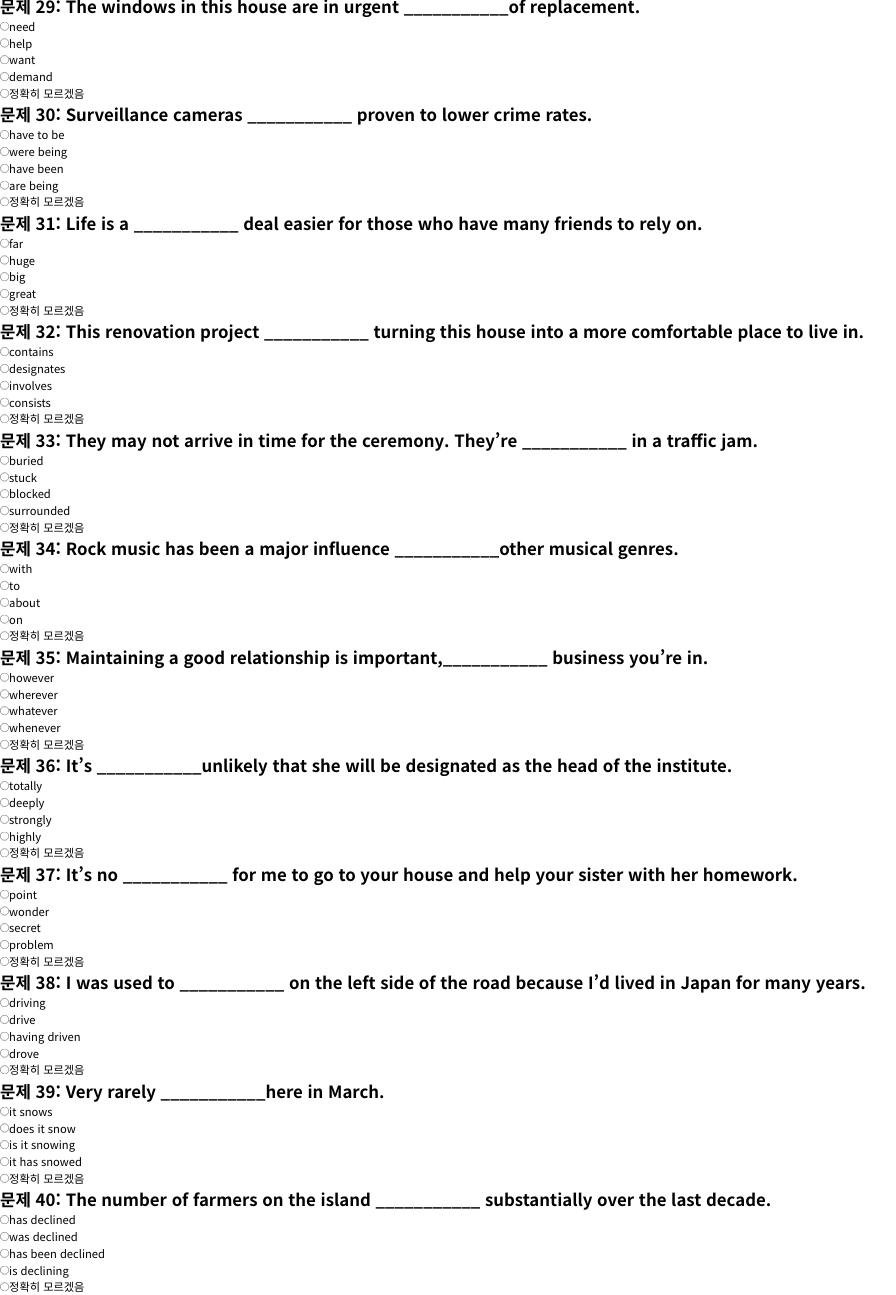
Repository: kmdy7991/Project-TeddyBear
Page: /cefrtest (app in project/)
The author's editor kept a copy of each file at every save. The page is drawn from the files as they stood at one save, then again after the next save.
The browser window is 1280 px wide. The pictures show the part of the page from y = 4097 to 6017 px (the page is 5947 px tall before and 6017 px after), at 70% of full size.
Some web libraries are served in a nearby version. The project was rebuilt for these pictures with package versions that can differ from the ones it lists, and the page was loaded fresh each time. Also part of the build but not shown: project/src/pages/Login/Login.tsx, project/src/pages/Login/TestGuide.module.css, project/src/pages/Login/TestGuide.tsx, project/src/pages/Login/profil.module.css, project/src/pages/Login/Profil.tsx, project/src/components/Nav/Nav.module.css, project/src/components/Nav/Nav.tsx, project/src/components/Slider/Arrow.css and 36 more.

Above is the page before, as saved 2024-03-25 04:54:11.

### project/public/index.html
<!DOCTYPE html>
<html lang="ko">
  <head>
    <meta charset="utf-8" />
    <link rel="icon" href="%PUBLIC_URL%/favicon.ico" />
    <meta name="viewport" content="width=device-width, initial-scale=1" />
    <style>
      * {
        margin: 0;
        padding: 0;
        font-family: Poppins, "Noto Sans KR", sans-serif;
      }
    </style>
    <link rel="preconnect" href="https://fonts.googleapis.com" />
    <link rel="preconnect" href="https://fonts.gstatic.com" crossorigin />
    <link
      href="https://fonts.googleapis.com/css2?family=Noto+Sans+KR:wght@400;700&display=swap"
      rel="stylesheet"
    />
    <link
      rel="stylesheet"
      type="text/css"
      charset="UTF-8"
      href="https://cdnjs.cloudflare.com/ajax/libs/slick-carousel/1.6.0/slick.min.css"
    />
    <link
      rel="stylesheet"
      type="text/css"
      href="https://cdnjs.cloudflare.com/ajax/libs/slick-carousel/1.6.0/slick-theme.min.css"
    />
    <title>React App</title>
  </head>
  <body>
    <div id="root"></div>
  </body>
</html>

### project/src/index.tsx
import React from "react";
import ReactDOM from "react-dom/client";
import "./index.css";
import App from "./App";

const root = ReactDOM.createRoot(
  document.getElementById("root") as HTMLElement
);
root.render(
  // <React.StrictMode>
  <App />
  // </React.StrictMode>
);

### project/src/App.tsx
import styles from "./App.module.css";
import { QueryClient, QueryClientProvider } from "react-query";
import { ReactQueryDevtools } from "react-query/devtools";
import { BrowserRouter, Routes, Route } from "react-router-dom";
import Login from "./pages/Login/Login";
import Testguide from "./pages/Login/TestGuide";
import Profil from "./pages/Login/Profil";
import CefrTest from "./pages/Login/CefrTest";
import Main from "./pages/Main/Main";
import MyLecture from "./pages/MyPage/MyLecture/MyLecture";
import Statistics from "./pages/MyPage/Statstics/Statstics";
import MyNote from "./pages/MyPage/MyNote/MyNote";
import Search from "./pages/Search/Search";
import Test from "./pages/Test/Test";
import VocabularyList from "./pages/VocabularyList/VocabularyList";
import MyVocabulary from "./pages/VocabularyList/MyVocabulary";
import ClassVocabulary from "./pages/VocabularyList/ClassVocabulary";
import VideoDetail from "./pages/Video/VideoDetail";
import Nav from "./components/Nav/Nav";
import LandingPage from "./pages/Landing/LandingPage";
function App() {
  const queryClient = new QueryClient();
  return (
    <QueryClientProvider client={queryClient}>
      <BrowserRouter>
        <div className={styles.App}>
          {/* <Nav className={styles.Nav} /> */}
          <Routes>
            <Route path="/login" element={<Login />} />
            <Route path='/testguide' element={<Testguide/>} />
            <Route path="/profil" element={<Profil/>}/>
            <Route path="/cefrtest" element={<CefrTest/>}/>
            <Route path="/" element={<Main />} />
            <Route path="mypage" element={<Statistics />}>
              <Route path="myLecture" element={<MyLecture />} />
              <Route path="myNote" element={<MyNote />} />
            </Route>
            <Route path="search" element={<Search />} />
            <Route path="test" element={<Test />} />
            <Route path="vocalist" element={<VocabularyList />}>
              <Route path="myvoca" element={<MyVocabulary />} />
              <Route path="classvoca" element={<ClassVocabulary />} />
            </Route>
            <Route path="videoDetail" element={<VideoDetail />} />
            <Route path="landing" element={<LandingPage />} />
          </Routes>
        </div>
      </BrowserRouter>
    </QueryClientProvider>
  );
}

export default App;

### project/src/App.module.css
.App {
  /* display: flex; */
  height: 100vh;
}

.Nav {
  /* position: fixed; */
  top: 1rem;
  height: 10%;
}

### project/src/pages/Login/CefrTest.tsx
import React, { useState, useEffect } from 'react';

// 문제와 답변 타입 정의
type Question = {
  id: number;
  question: string;
  options: string[];
  answer: number; // 정답의 인덱스
  score: number; // 이 문제의 점수
};

// 퀴즈 데이터 예시
const questions: Question[] = [

  {
    id: 1,
    question: "What ___________ your name?",
    options: ["is", "am", "are", "정확히 모르겠음"],
    answer: 0,
    score: 1,
  },
  {
    id: 2,
    question: "He has ___________ house in Paris.",
    options: ["any", "a", "an", "정확히 모르겠음"],
    answer: 1,
    score: 1,
  },
  {
    id: 3,
    question: "I work in a ___________. I’m a nurse.",
    options: ["hospital", "hotel", "supermarket", "정확히 모르겠음"],
    answer: 0,
    score: 1,
  },
  {
    id: 4,
    question: "This is my brother. ___________ name is Paul .",
    options: ["His", "Her", "He's", "정확히 모르겠음"],
    answer: 0,
    score: 1,
  },
  {
    id: 5,
    question: "___________ many people in the park.",
    options: ["They are", "There is", "There are", "정확히 모르겠음"],
    answer: 2,
    score: 1,
  },
  {
    id: 6,
    question: "I go to school  ___________ 7 o’clock in the morning.",
    options: ["for", "at", "in", "정확히 모르겠음"],
    answer: 1,
    score: 1,
  },
  {
    id: 7,
    question: "___________ Jack speak German?",
    options: ["Do", "Does", "He", "정확히 모르겠음"],
    answer: 1,
    score: 1,
  },
  {
    id: 8,
    question: "Are___________ your glasses?",
    options: ["this", "those", "that", "정확히 모르겠음"],
    answer: 1,
    score: 1,
  },
  {
    id: 9,
    question: "A: Where are your books?  B: They're ___________ the table.",
    options: ["at", "on", "in", "정확히 모르겠음"],
    answer: 1,
    score: 1,
  },
  {
    id: 10,
    question: "Do you want to ___________ TV at home?",
    options: ["see", "look", "watch", "정확히 모르겠음"],
    answer: 2,
    score: 1,
  },
  {
    id: 11,
    question: "I'd like to buy ___________ oranges for my mother.",
    options: ["some", "any", "a", "정확히 모르겠음"],
    answer: 0,
    score: 1,
  },
  {
    id: 12,
    question: "___________ ever seen a rainbow in your life?",
    options: ["Did you", "Are you", "Have you", "정확히 모르겠음"],
    answer: 2,
    score: 1,
  },
  {
    id: 13,
    question: "If you ___________ a book from a friend, you should return it as soon as possible.",
    options: ["borrow", "earn", "spend", "lend", "정확히 모르겠음"],
    answer: 0,
    score: 1,
  },
  {
    id: 14,
    question: "Taking care of a pet is as difficult ___________ taking care of a baby.",
    options: ["like", "so", "than", "as", "정확히 모르겠음"],
    answer: 3,
    score: 1,
  },
  {
    id: 15,
    question: "Helen isn't home. She ___________ an hour ago to see her friends.",
    options: ["went out", "had gone out", "has gone out", "has been out", "정확히 모르겠음"],
    answer: 0,
    score: 1,
  },
  {
    id: 16,
    question: "When I was a child, I ___________ play basketball with my dad in our backyard.",
    options: ["will", "used to", "have", "does", "정확히 모르겠음"],
    answer: 1,
    score: 1,
  },
  {
    id: 17,
    question: "Have you finished ___________ the laundry yet?",
    options: ["to do", "does", "doing", "being", "정확히 모르겠음"],
    answer: 2,
    score: 1,
  },
  {
    id: 18,
    question: "This is terrible. I've looked ___________, but I can't find my purse.",
    options: ["nowhere", "anywhere", "everywhere", "somewhere", "정확히 모르겠음"],
    answer: 2,
    score: 1,
  },
  {
    id: 19,
    question: "I ___________ in front of a bank when a man in a fancy suit got out of a black car.",
    options: ["stood", "was standing", "have stood", "am standing", "정확히 모르겠음"],
    answer: 1,
    score: 1,
  },
  {
    id: 20,
    question: "I've ___________ finished painting the door. It looks awesome!",
    options: ["still", "yet", "just", "only", "정확히 모르겠음"],
    answer: 2,
    score: 1,
  },
  {
    id: 21,
    question: "My supervisor encouraged me ___________ a plan for the new program.",
    options: ["set up", "setting up", "have set up", "to set up", "정확히 모르겠음"],
    answer: 3,
    score: 1,
  },
  {
    id: 22,
    question: "John ___________ living in this neighborhood since he was a school boy.",
    options: ["is", "was", "has been", "is being", "정확히 모르겠음"],
    answer: 2,
    score: 1,
  },
  {
    id: 23,
    question: "I was wondering ___________ I could borrow your pen.",
    options: ["what", "if", "that", "how", "정확히 모르겠음"],
    answer: 1,
    score: 1,
  },
  {
    id: 24,
    question: "I wish I had someone to look ___________.",
    options: ["up to", "with", "upon", "down", "정확히 모르겠음"],
    answer: 0,
    score: 1,
  },
  {
    id: 25,
    question: "That beautiful sunset ___________ me of my honeymoon in Hawaii.",
    options: ["remembers", "realizes", "recognizes", "reminds", "정확히 모르겠음"],
    answer: 3,
    score: 1,
  },
  {
    id: 26,
    question: "A: How about drinking beer tonight after work?  B: There's no ___________ I'm drinking again tonight.",
    options: ["hope", "way", "time", "opportunity", "정확히 모르겠음"],
    answer: 1,
    score: 1,
  },
  {
    id: 27,
    question: "They were surprised that the boy was kidnapped in ___________ daylight.",
    options: ["wide", "broad", "large", "open", "정확히 모르겠음"],
    answer: 1,
    score: 1,
  },
  {
    id: 28,
    question: "He turned ___________to be considerably older than I had imagined.",
    options: ["over", "up", "out", "round", "정확히 모르겠음"],
    answer: 2,
    score: 1,
  },
  {
    id: 29,
    question: "The windows in this house are in urgent ___________of replacement.",
    options: ["need", "help", "want", "demand", "정확히 모르겠음"],
    answer: 0,
    score: 1,
  },
  {
    id: 30,
    question: "Surveillance cameras ___________ proven to lower crime rates.",
    options: ["have to be", "were being", "have been", "are being", "정확히 모르겠음"],
    answer: 2,
    score: 1,
  },
  {
    id: 31,
    question: "Life is a ___________ deal easier for those who have many friends to rely on.",
    options: ["far", "huge", "big", "great", "정확히 모르겠음"],
    answer: 0,
    score: 1,
  },
  {
    id: 32,
    question: "This renovation project ___________ turning this house into a more comfortable place to live in.",
    options: ["contains", "designates", "involves", "consists", "정확히 모르겠음"],
    answer: 2,
    score: 1,
  },
  {
    id: 33,
    question: "They may not arrive in time for the ceremony. They’re ___________ in a traffic jam.",
    options: ["buried", "stuck", "blocked", "surrounded", "정확히 모르겠음"],
    answer: 1,
    score: 1,
  },
  {
    id: 34,
    question: "Rock music has been a major influence ___________other musical genres.",
    options: ["with", "to", "about", "on", "정확히 모르겠음"],
    answer: 3,
    score: 1,
  },
  {
    id: 35,
    question: "Maintaining a good relationship is important,___________ business you’re in.",
    options: ["however", "wherever", "whatever", "whenever", "정확히 모르겠음"],
    answer: 2,
    score: 1,
  },
  {
    id: 36,
    question: "It’s ___________unlikely that she will be designated as the head of the institute.",
    options: ["totally", "deeply", "strongly", "highly", "정확히 모르겠음"],
    answer: 3,
    score: 1,
  },
  {
    id: 37,
    question: "It’s no ___________ for me to go to your house and help your sister with her homework.",
    options: ["point", "wonder", "secret", "problem", "정확히 모르겠음"],
    answer: 3,
    score: 1,
  },
  {
    id: 38,
    question: "I was used to ___________ on the left side of the road because I’d lived in Japan for many years.",
    options: ["driving", "drive", "having driven", "drove", "정확히 모르겠음"],
    answer: 0,
    score: 1,
  },
  {
    id: 39,
    question: "Very rarely ___________here in March.",
    options: ["it snows", "does it snow", "is it snowing", "it has snowed", "정확히 모르겠음"],
    answer: 1,
    score: 1,
  },
  {
    id: 40,
    question: "The number of farmers on the island ___________ substantially over the last decade.",
    options: ["has declined", "was declined", "has been declined", "is declining", "정확히 모르겠음"],
    answer: 0,
    score: 1,
  },

];

const CefrTest: React.FC = () => {
  const [selectedAnswers, setSelectedAnswers] = useState<(number | null)[]>(new Array(questions.length).fill(null));
  const [score, setScore] = useState(0);

  useEffect(() => {
    const allQuestionsAnswered = selectedAnswers.every((answer) => answer !== null);
    if (allQuestionsAnswered) {
      // 모든 문제에 대한 답변이 완료되면 점수 확인 페이지로 이동
      // 여기서 점수 확인 페이지로 이동하는 로직을 구현하세요.
    }
  }, [selectedAnswers]);

  const handleAnswerSelection = (questionIndex: number, selectedAnswer: number) => {
    const newSelectedAnswers = [...selectedAnswers];
    newSelectedAnswers[questionIndex] = selectedAnswer;
    setSelectedAnswers(newSelectedAnswers);
  };

  return (
    <div>
      {questions.map((question, index) => (
        <div key={question.id}>
          <h2>문제 {index + 1}: {question.question}</h2>
          {question.options.map((option, optionIndex) => (
            <div key={optionIndex}>
              <input
                type="radio"
                id={`option_${index}_${optionIndex}`}
                name={`option_${index}`}
                value={optionIndex}
                checked={selectedAnswers[index] === optionIndex}
                onChange={() => handleAnswerSelection(index, optionIndex)}
              />
              <label htmlFor={`option_${index}_${optionIndex}`}>{option}</label>
            </div>
          ))}
        </div>
      ))}
    </div>
  );
};

export default CefrTest;

Loaded but not shown: project/src/index.css (no stored copy; drawn as an empty file)

After the next save:
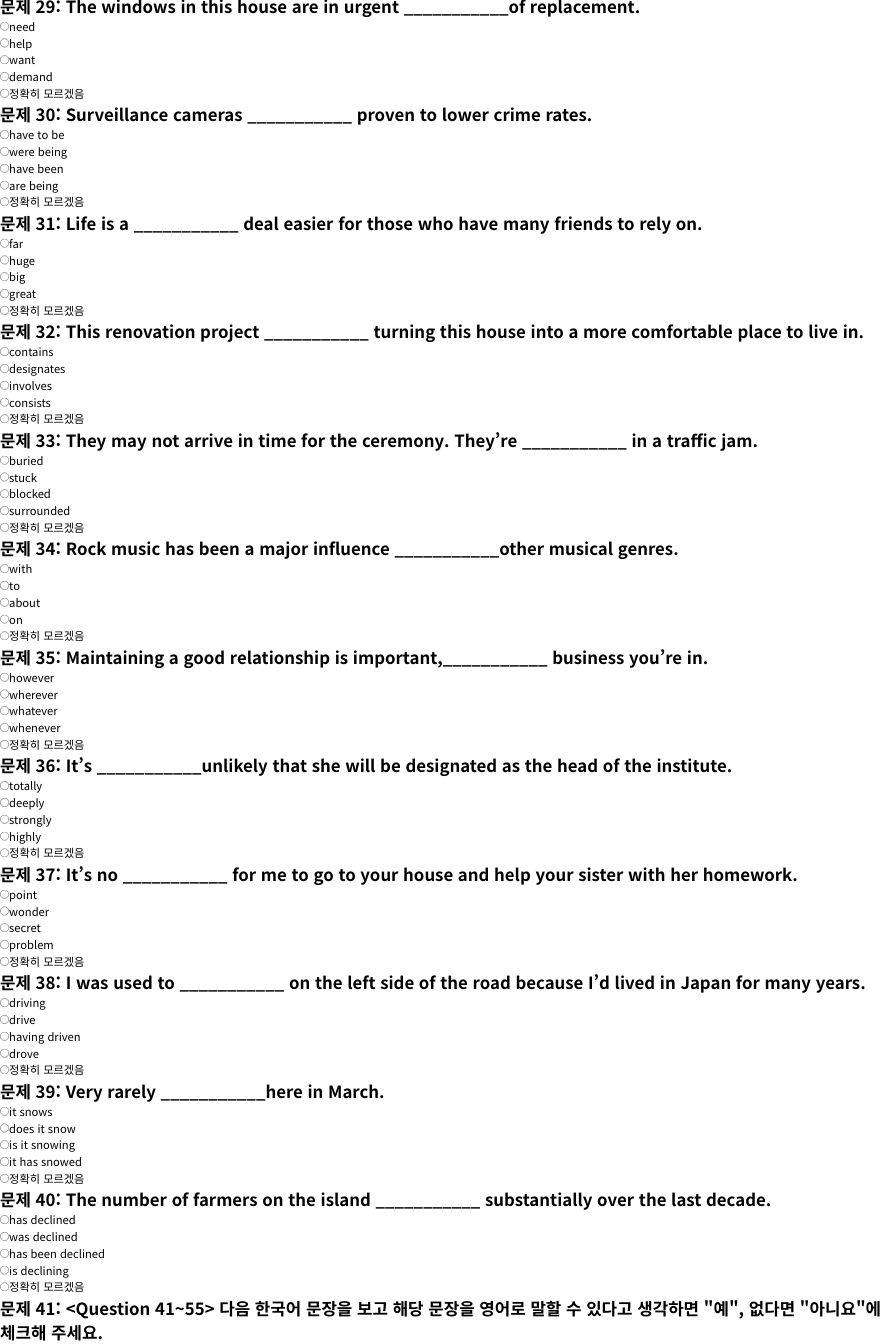
Saved 8 min 8 s later.
--- a/project/src/pages/Login/CefrTest.tsx
+++ b/project/src/pages/Login/CefrTest.tsx
@@ -5,7 +5,7 @@ type Question = {
   id: number;
   question: string;
   options: string[];
-  answer: number; // 정답의 인덱스
+  answer: number | null; // 정답의 인덱스 answer 필드를 선택적으로 만들고, number 또는 null을 허용
   score: number; // 이 문제의 점수
 };
 
@@ -291,6 +291,13 @@ const questions: Question[] = [
     options: ["has declined", "was declined", "has been declined", "is declining", "정확히 모르겠음"],
     answer: 0,
     score: 1,
+  },
+  {
+    id: 40.5, // 실제 문제가 아니라 설명을 위한 임시 ID 할당
+    question: "<Question 41~55> 다음 한국어 문장을 보고 해당 문장을 영어로 말할 수 있다고 생각하면 \"예\", 없다면 \"아니요\"에 체크해 주세요.",
+    options: [], // 설명이므로 옵션 없음
+    answer: null, // 설명이므로 정답 없음
+    score: 0, // 설명이므로 점수 없음
   },
 
 ];
